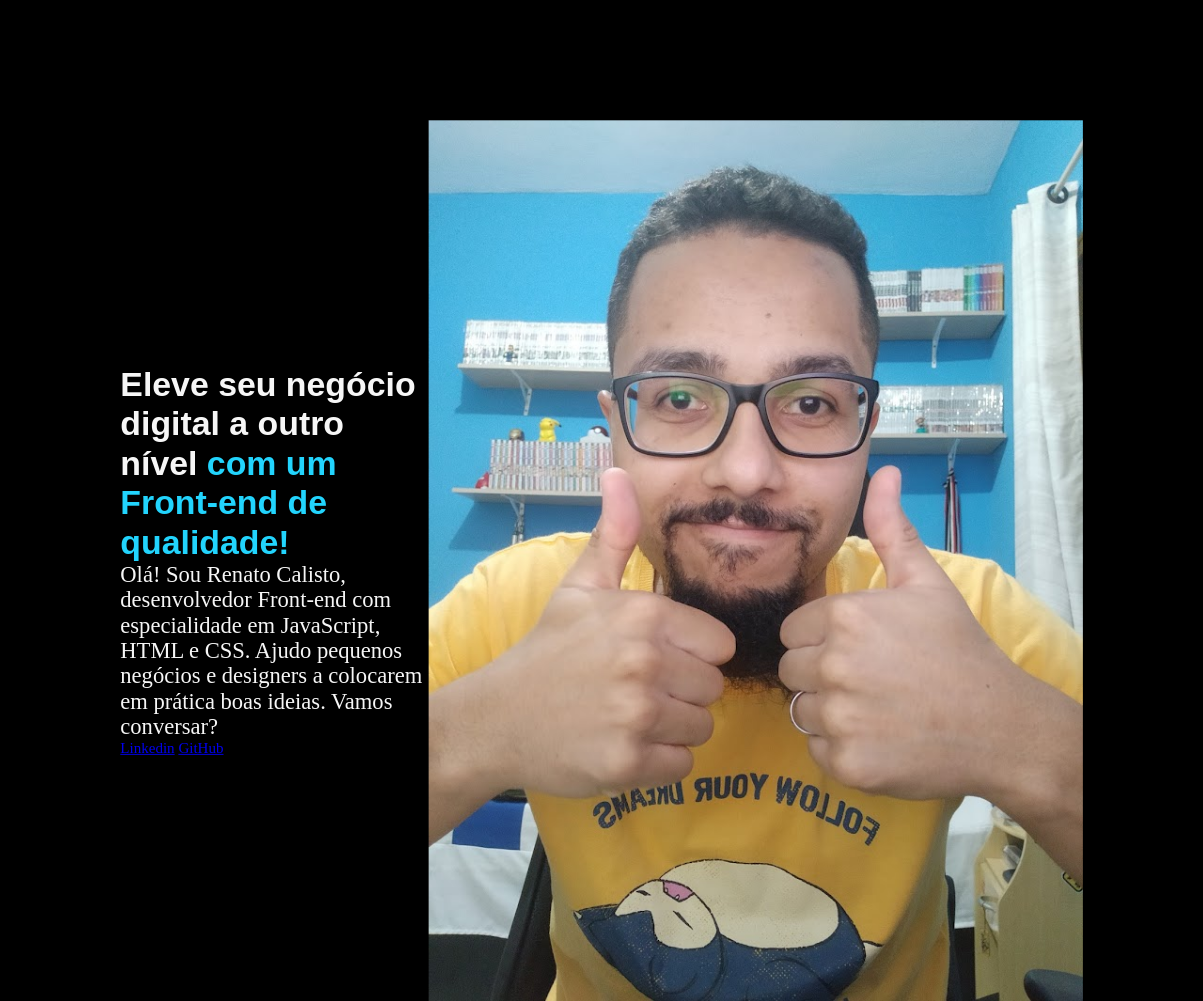
Repository: RenatoCCS/Portfolio_Alura
Page: index.html
The author's editor kept a copy of each file at every save. The page is drawn from the files as they stood at one save, then again after the next save.
The browser window is 1280 px wide. The pictures show the whole page, at 94% of full size.
Some web fonts or font styles are not loaded; a fallback is used.

Above is the page before, as saved 2023-02-24 22:16:58.

After the next save:
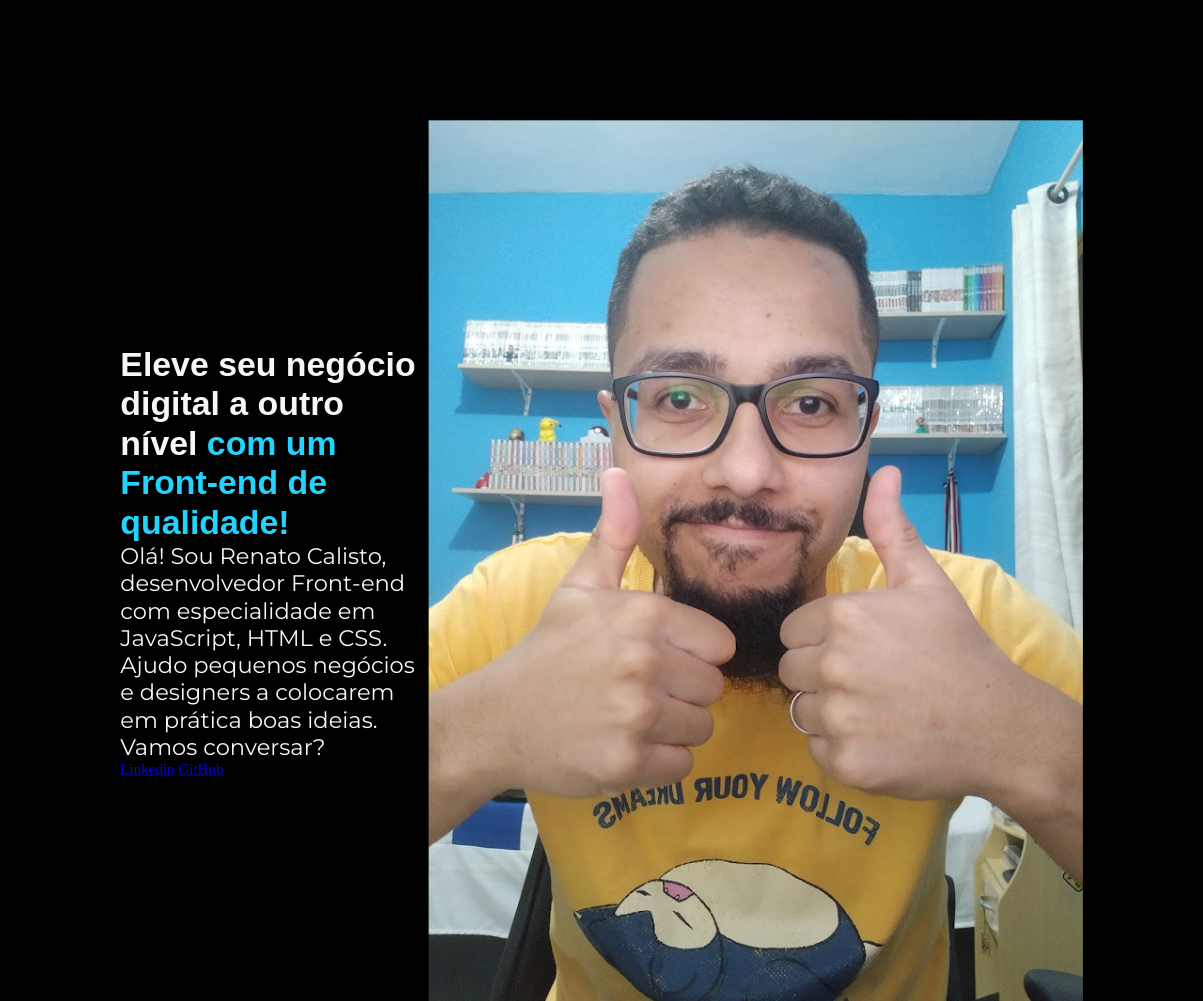
Saved 13 s later.
--- a/style.css
+++ b/style.css
@@ -35,4 +35,5 @@ body {
 
 .apresentacao__conteudo__texto {
   font-size: 24px;
+  font-family: 'Montserrat', sans-serif;
 }
